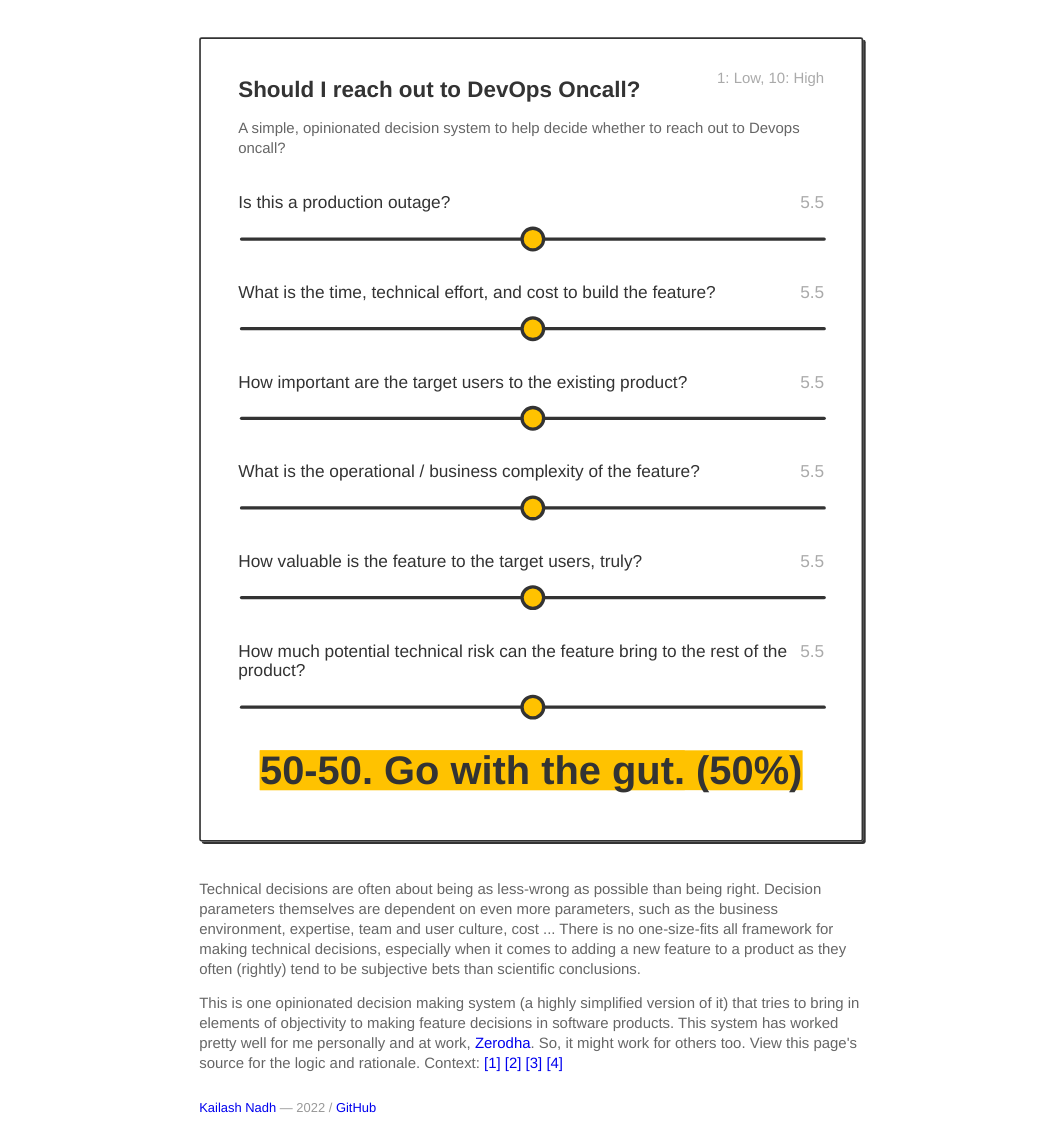
Repository: harishbsrinivas/dont.call
Page: index.html
An editor plug-in stored every save of this project. The page is shown before and after the next save, followed by the edit.
The browser window is 1280 px wide. The pictures show the whole page, at 83% of full size.

Above is the page before, as saved 2022-12-03 16:57:48.

### index.html
<!DOCTYPE html>
<html lang="en-US">

<head>
    <meta charset="utf-8" />
    <title>Should I reach out to DevOps oncall?</title>
    <meta name="description"
        content="A simple, opinionated decision system to help decide whether to reach out to Devops oncall?" />
    <link rel="shortcut icon" href="https://dont.build/favicon.png" />
    <meta property="og:image" content="https://dont.build/thumb.png">
    <meta name="viewport" content="width=device-width, initial-scale=1" />
    <link href="style.css?v=2" rel="stylesheet" type="text/css" />
</head>

<body>

    <div class="container">
        <section class="box">
            <p class="help">1: Low, 10: High</p>
            <h1 class="title">Should I reach out to DevOps Oncall?</h1>
            <p>A simple, opinionated decision system to help decide whether to reach out to Devops oncall?</p>
            <br />
            <form class="form">
                <fieldset class="p-users">
                    <span class="value"></span>
                    <label>Is this a production outage?</label>
                    <input type="range" min="1" max="10" step="0.5" value="5.5" />
                </fieldset>
                <fieldset class="p-effort">
                    <span class="value"></span>
                    <label>What is the time, technical effort, and cost to build the feature?</label>
                    <input type="range" min="1" max="10" step="0.5" value="5.5" />
                </fieldset>
                <fieldset class="p-user-value">
                    <span class="value"></span>
                    <label>How important are the target users to the existing product?</label>
                    <input type="range" min="1" max="10" step="0.5" value="5.5" />
                </fieldset>
                <fieldset class="p-operational-complexity">
                    <span class="value"></span>
                    <label>What is the operational / business complexity of the feature?</label>
                    <input type="range" min="1" max="10" step="0.5" value="5.5" />
                </fieldset>
                <fieldset class="p-feature-value">
                    <span class="value"></span>
                    <label>How valuable is the feature to the target users, truly?</label>
                    <input type="range" min="1" max="10" step="0.5" value="5.5" />
                </fieldset>
                <fieldset class="p-negative-impact">
                    <span class="value"></span>
                    <label>How much potential technical risk can the feature bring to the rest of the product?</label>
                    <input type="range" min="1" max="10" step="0.5" value="5.5" />
                </fieldset>
            </form>
            <h1 class="answer">
                <span><span class="bool"></span> (<span class="percent"></span>)</span>
            </h1>
        </section>

        <noscript>
            <h1>This page requires Javascript to function.</h1>
        </noscript>

        <section>
            <p>
                Technical decisions are often about being as less-wrong as possible than being right.
                Decision parameters themselves are dependent on even more parameters, such as the business environment,
                expertise, team and user culture,
                cost ... There is no one-size-fits all framework for making technical decisions, especially when it
                comes
                to adding a new feature to a product as they often (rightly) tend to be subjective bets than scientific
                conclusions.
            </p>
            <p>
                This is one opinionated decision making system (a highly simplified version of it) that tries to bring
                in
                elements of objectivity to making feature decisions in software products. This system has worked pretty
                well for me personally
                and at work, <a href="https://zerodha.com">Zerodha</a>. So, it might work for others too. View this
                page's source for the logic and rationale.
                Context:
                <a href="https://zerodha.tech/blog/hello-world/">[1]</a>
                <a href="https://zerodha.tech/blog/scaling-with-common-sense/">[2]</a>
                <a href="https://zerodha.tech/blog/being-future-ready-with-common-sense/">[3]</a>
                <a href="https://nadh.in/blog/fomo-yamo/">[4]</a>
            </p>
        </section>

        <footer><a href="https://nadh.in">Kailash Nadh</a> &mdash; 2022 / <a
                href="https://github.com/knadh/dont.build">GitHub</a></footer>
    </div>


    <script>
        (function () {
            const params = [
                { weight: 0.10, value: 5.5, negative: false, name: 'p-users', },
                { weight: 0.20, value: 5.5, negative: false, name: 'p-user-value', },
                { weight: 0.20, value: 5.5, negative: false, name: 'p-feature-value', },
                { weight: 0.15, value: 5.5, negative: true, name: 'p-effort', },
                { weight: 0.20, value: 5.5, negative: true, name: 'p-negative-impact', },
                { weight: 0.15, value: 5.5, negative: true, name: 'p-operational-complexity', },
            ]

            params.forEach((p, n) => {
                let net = 0;
                const inp = document.querySelector(`.${p.name} input`);

                inp.value = p.value;
                inp.oninput = (e) => {
                    const val = parseFloat(e.target.value, 64);
                    document.querySelector(`.${p.name} .value`).innerText = val;
                    p.value = val;

                    // Sum all weighted params.
                    const sum = params.reduce((prev, pm) => {
                        let v = pm.value;
                        if (pm.negative) {
                            v = 10 - v;
                        }

                        return prev + (v / 10 * pm.weight);
                    }, 0);

                    // Display the results.
                    document.querySelector(".answer .percent").innerText = `${(sum * 100).toFixed(0)}%`;

                    let b = 'Yes';
                    if (sum < 0.5 && sum > 0.46) {
                        b = `No, but a close call.`;
                    } else if (sum < 0.48) {
                        b = `No.`;
                    } else if (sum > 0.5 && sum < 0.54) {
                        b = `Yes, but a close call.`;
                    } else if (sum === 0.5) {
                        b = '50-50. Go with the gut.';
                    }
                    document.querySelector(".answer .bool").innerText = b;
                };

                inp.dispatchEvent(new Event('input'));
            });
        })();
    </script>

</body>

</html>

### style.css
:root {
    --primary: #ffc200;
    --secondary: #333;
}

* {
    box-sizing: border-box;
}

html, body {
    margin: 0;
}

body {
    font-family: 'Helvetica Neue', 'Segoe UI', Arial, sans-serif;
    font-size: 18px;
    line-height: 24px;
    color: var(--secondary);
    height: 100%;
    margin: 0;
    padding: 0;
}

h1, h2, h3 {
  line-height: 2rem;
}

a {
    text-decoration: none;
}

p {
  color: #666;
}

fieldset {
  padding: 0;
  margin: 0;
  border: 0;
}

input[type="range"] {
  -webkit-appearance: none;
  width: 100%;
  height: 4px;
  background: var(--secondary);
  border-radius: 3px;
}

input[type="range"]::-webkit-slider-thumb {
  -webkit-appearance: none;
  background: var(--primary);
  height: 30px;
  width: 30px;
  border-radius: 50%;
  cursor: pointer;
  border: 4px solid var(--secondary);
}

input[type="range"]::-moz-range-thumb {
  background: var(--primary);
  border-radius: 100%;
  height: 20px;
  width: 20px;
  cursor: pointer;
  border: 4px solid var(--secondary);
}

input[type=range]::-webkit-slider-runnable-track  {
  -webkit-appearance: none;
  box-shadow: none;
  border: none;
  background: transparent;
}


button {
    background: var(--primary);
    cursor: pointer;
    border-color: #000;
    padding: 10px 30px;
}
    button:hover {
        background: #aaa;
    }

.container {
    max-width: 800px;
    margin: 45px auto 30px auto;
}
.box {
    padding: 30px 45px;
    border: 1px solid #ddd;
    border-radius: 3px;
    border: 2px solid var(--secondary);
    box-shadow: 3px 3px 0px var(--secondary);
    margin-bottom: 45px;
}

.container .title {
  margin: 15px 0 0px 0;
}

.help {
  margin-top: 5px;
}

.form {
  clear: both;
}
.form fieldset {
  font-size: 1.3rem;
  margin-bottom: 45px;
}
  .form label {
    display: block;
    margin-bottom: 15px;
  }
  .form .value, .help {
    float: right;
    color: #aaa;
  }

.answer {
  text-align: center;
  margin: 30px 0;
  font-size: 3rem;
  line-height: 3rem;
}
  .answer span {
    display: inline-block;
    background: var(--primary);
  }

footer {
  margin: 30px auto;
  color: #999;
  font-size: 0.975rem;
}

@media (max-width: 800px) {
  .container {
    max-width: none;
    margin: 20px 30px 20px 20px;
    padding: 0;
  }
  .box {
    padding: 0;
    border: 0;
    box-shadow: none;
  }
  .help {
    float: none;
  }
  .form label {
    float: left;
    max-width: 90%;
  }
}


@media (max-width: 400px) {
  .form label {
    max-width: 70%;
  }
}

After the next save:
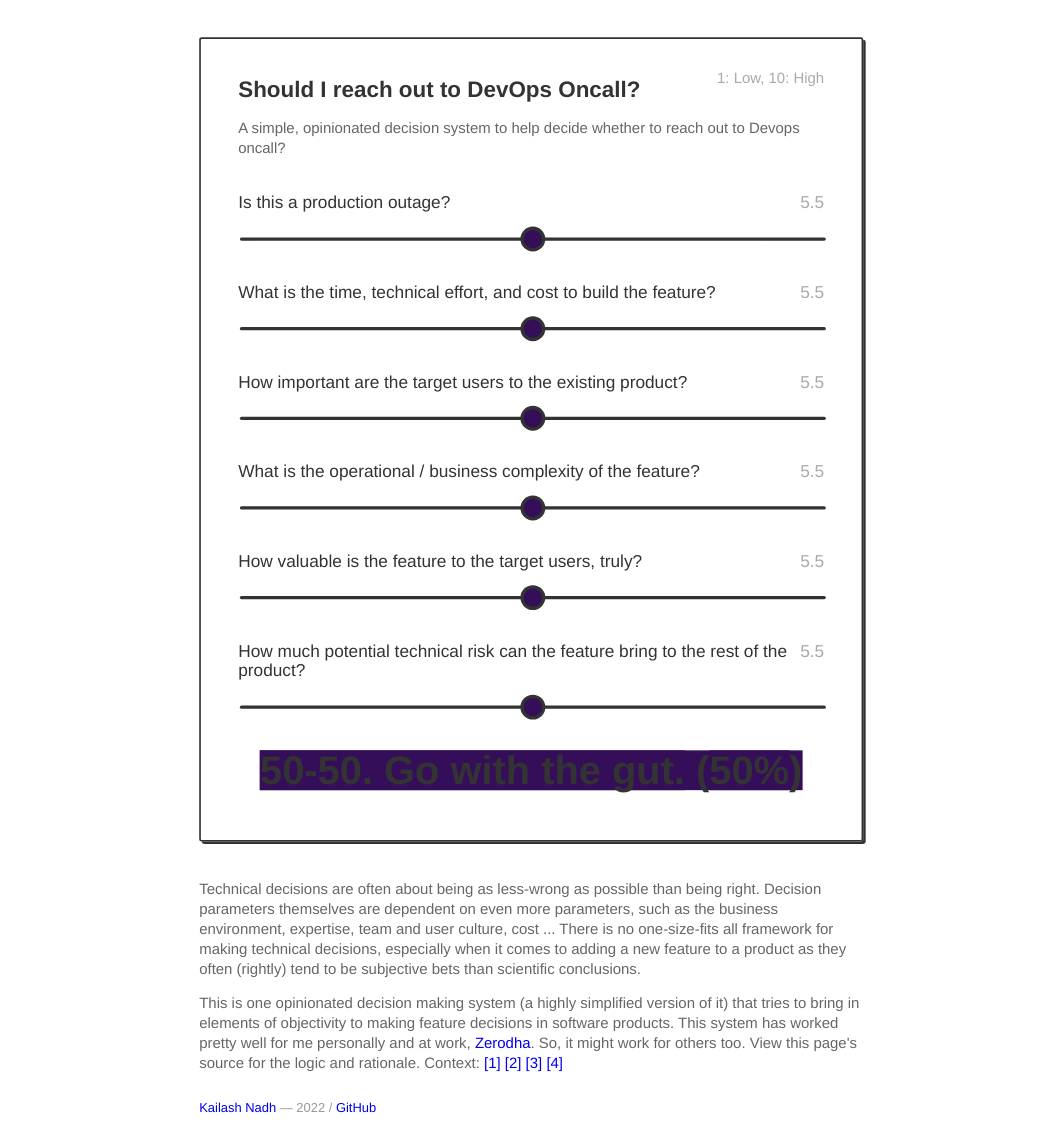
Saved 70 s later.
--- a/style.css
+++ b/style.css
@@ -1,5 +1,5 @@
 :root {
-    --primary: #ffc200;
+    --primary: #350e5a;
     --secondary: #333;
 }
 
